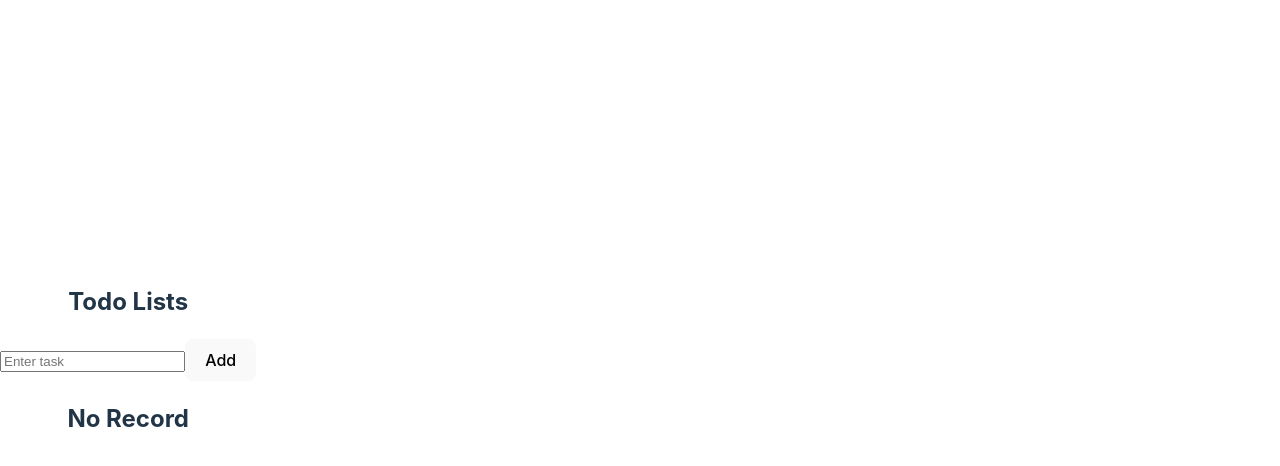
Repository: thainguyen282/TodoList
Page: / (app in todolist/)
The author's editor kept a copy of each file at every save. The page is drawn from the files as they stood at one save, then again after a run of saves.
The browser window is 1280 px wide. The pictures show the whole page.
The page's requests for data from a server got no answer. The project was rebuilt for these pictures with package versions that can differ from the ones it lists, and the page was loaded fresh each time. No one was signed in, and anything a server would have sent is missing. Also part of the build but not shown: todolist/vite.config.js.

Above is the page before, as saved 2023-11-12 11:25:29.

### todolist/src/App.jsx
import { useState } from 'react'
import './App.css'
import Home from './Home'

function App() {

  return (
    <>
      <Home />
    </>
  )
}

export default App

### todolist/src/App.css
.home {
  display: flex;
  flex-direction: column;
  align-items: center;
}

.create

.task {
  display: flex;
  align-items: center;
  width: 345px;
  justify-content: space-between;
  background-color: black;
  color: white;
  height: 35px;
  padding: 2px 5px 2px 5px;
  margin-top: 2px;
}

.checkbox  {
  display: flex;
  align-items: center;
}

.checkbox .icon {
  margin-right: 5px;
  font-size: 15px;
}

.task div span {
  margin: 0px 5px 0px 4px
}

.task div .icon {
  cursor:pointer
}

### todolist/src/Home.jsx
import React, { useEffect, useState } from "react";
import Create from './Create'
import axios from "axios";

function Home() {
    const [todos, setTodos] = useState([])
    useEffect(() => {
        axios.get('http://localhost:5500/api/item')
        .then(result => setTodos(result.data))
        .catch(err => console.log(err))
    }, [])

    const handleEdit = () => {

    }
    return (
        <div className="home">
            <h2>Todo Lists</h2>
            <Create />
            {
                todos.length === 0
                ?
                <div><h2>No Record</h2></div>
                :
                todos.map(todo => (

                    <div>
                        {todo.task}
                    </div>

                ))
            }
        </div>
    )
}

export default Home

### todolist/src/Create.jsx
import React, { useState } from "react";
import axios from 'axios'

function Create() {
    const [task, setTask] = useState()
    const handleAdd = () => {
        try
        {
        axios.post('http://localhost:5500/api/item', {task:task})
        .then(result=>console.log(result))
        .catch(err => console.log(err))
        } catch(err){
            console.log(err)
        }



    }
    return (
        <div className="create_form">
            <input type="text" placeholder="Enter task" onChange={(e) => {setTask(e.target.value)}}/>
            <button type="button" onClick={handleAdd}>Add</button>
        </div>
    )
}

export default Create

Loaded but not shown: todolist/index.html (common file); todolist/src/main.jsx (common file); todolist/src/index.css (common file)

After the next 8 saves:
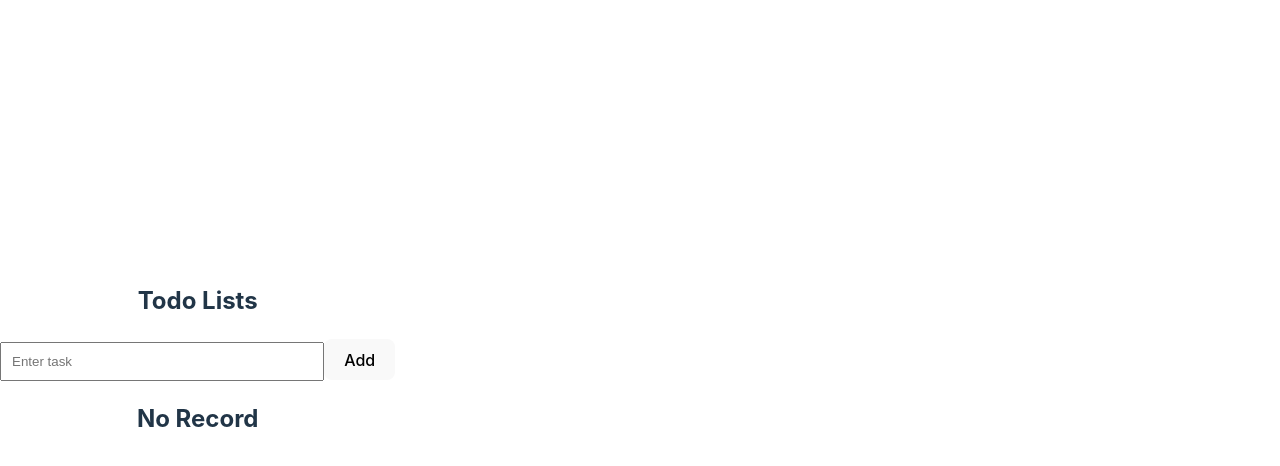
The 8 saves are shown as one change because they came seconds apart.
The last was saved 24 s later.
--- a/todolist/src/App.css
+++ b/todolist/src/App.css
@@ -4,7 +4,11 @@
   align-items: center;
 }
 
-.create
+.create_form input {
+  width: 300px;
+  padding: 10px;
+  border-bottom: ;
+}
 
 .task {
   display: flex;
